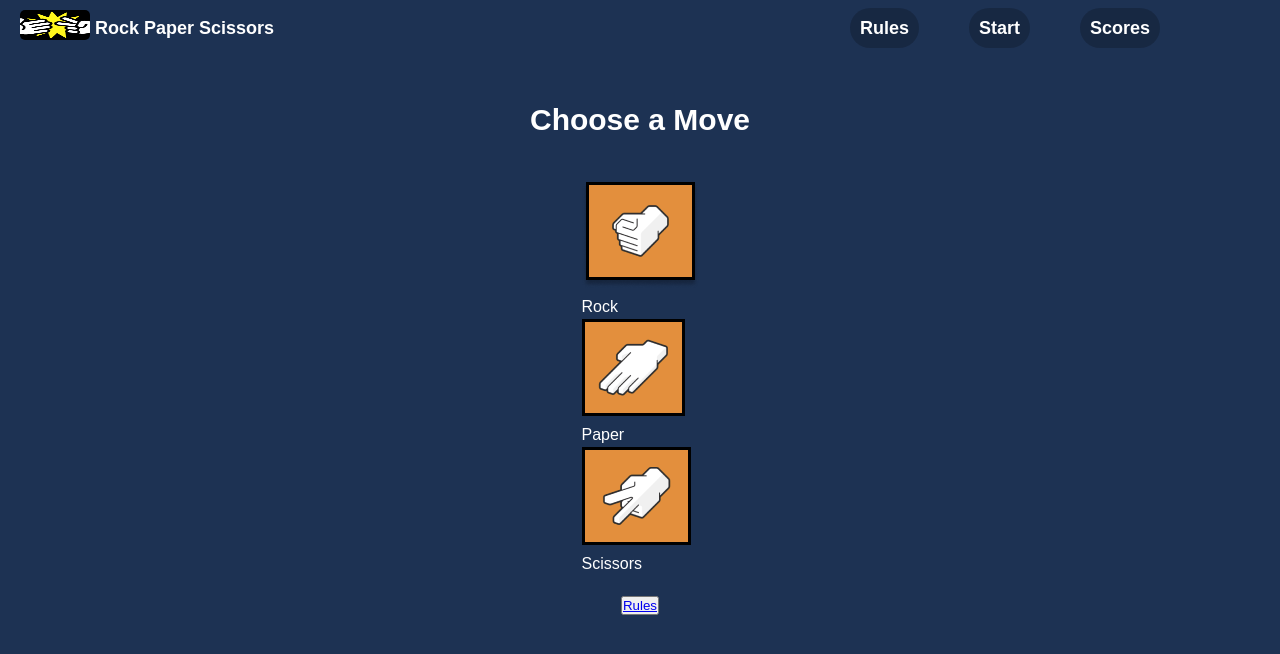
Repository: MikkyPrestige/rock-paper-scissors
Page: game.html
The author's editor kept a copy of each file at every save. The page is drawn from the files as they stood at one save, then again after the next save.
The browser window is 1280 px wide. The pictures show the whole page.

Above is the page before, as saved 2023-05-08 06:36:12.

### game.html
<!DOCTYPE html>
<html lang="en">

<head>
  <meta charset="UTF-8">
  <meta http-equiv="X-UA-Compatible" content="IE=edge">
  <meta name="viewport" content="width=device-width, initial-scale=1.0">
  <title>Rock, Paper, Scissors</title>
  <link rel="stylesheet" href="./index.css">
</head>

<body>
  <main>
    <header>
      <figure class="headerLogo">
        <a href="/">
          <img src="./img/logo.png" alt="Logo" class="logo">
        </a>
        <figcaption class="logoCaption">Rock Paper Scissors</figcaption>
      </figure>
      <nav>
        <ul>
          <li><a href="#rule">Rules</a></li>
          <li><a href="./game.html">Start</a></li>
          <li><a href="#">Scores</a></li>
        </ul>
      </nav>
    </header>
    <section class="game">
      <h1 class="game--title">Choose a Move</h1>
      <figure class="game--img">
        <img src="./img/rock.png" alt="Rock image">
        <figcaption>Rock</figcaption>
        <img src="./img/paper.png" alt="paper image">
        <figcaption>Paper</figcaption>
        <img src="./img/scissors.png" alt="scissors image">
        <figcaption>Scissors</figcaption>
      </figure>
      <button class="rule-btn">
        <a href="./index.html#rule">Rules</a>
      </button>
    </section>
  </main>
</body>

</html>

### index.css
*,
*::after,
*::before {
  box-sizing: border-box;
  margin: 0;
  padding: 0;
}

html {
  font-size: 62.5%;
}

body {
  font-family: "Fira Sans", sans-serif;
  font-size: 1.6rem;
  line-height: 1.5;
  background: rgba(29, 50, 83, 1);
  color: rgba(255, 255, 255, 1);
  width: 100%;
  height: 100%;
}

main {
  display: flex;
  flex-direction: column;
  justify-content: center;
  align-items: center;
  gap: 2rem;
  height: 100%;
  width: 100%;
}

header {
  display: flex;
  justify-content: space-between;
  align-items: center;
  padding: 1rem 2rem;
  width: 100%;
  height: auto;
}

.headerLogo {
  display: flex;
  align-items: center;
  gap: .5rem;
  height: auto;
}

.logo {
  width: 7rem;
  height: 3rem;
  border-radius: .5rem;
  -webkit-border-radius: .5rem;
  -moz-border-radius: .5rem;
  -ms-border-radius: .5rem;
  -o-border-radius: .5rem;
}

.logoCaption {
  font-size: 1.8rem;
  font-weight: 600;
  color: rgba(255, 255, 255, 1);
}

nav {
  height: auto;
  margin-right: 10rem;
}

ul {
  display: flex;
  justify-content: center;
  align-items: center;
  gap: 5rem;
  list-style: none;
}

li a {
  font-size: 1.8rem;
  font-weight: 600;
  color: rgba(255, 255, 255, 1);
  background: linear-gradient(0deg, rgba(0, 0, 0, 0.2), rgba(0, 0, 0, 0.2)), #1D3253;
  text-decoration: none;
  padding: 1rem;
  border-radius: 2rem;
}

li a:hover {
  background: rgba(255, 255, 255, 1);
  color: rgba(29, 50, 83, 1);
  text-decoration: underline;
}

.home {
  display: flex;
  justify-content: center;
  align-items: center;
  width: 100%;
  height: 70vh;
}

.images {
  position: relative;
  height: 100%;
  flex-basis: 30%;
}

.img {
  background: rgba(253, 253, 253, 0.9);
  border-radius: 50%;
  -webkit-border-radius: 50%;
  -moz-border-radius: 50%;
  -ms-border-radius: 50%;
  -o-border-radius: 50%;
  width: 15rem;
  height: 15rem;
}

.rock {
  position: absolute;
  top: 5rem;
  left: 0rem;
}

.paper {
  position: absolute;
  top: 5rem;
  right: 5rem;
}

.scissors {
  position: absolute;
  bottom: 5rem;
  left: 8rem;
}

.content {
  display: flex;
  flex-direction: column;
  justify-content: center;
  align-items: center;
  gap: 2rem;
}

.content--title {
  font-size: 3.6rem;
  font-weight: 600;
  width: 70%;
  text-transform: uppercase;
}

.content-rock {
  color: rgba(195, 183, 183, 1);
}

.content-scissors {
  color: rgba(233, 35, 35, 1);
}

.content--text {
  font-size: 2.5rem;
  font-weight: 400;
  width: 70%;
}

.fun {
  color: rgba(233, 35, 35, 1);
}

.btn {
  width: 13rem;
  height: 5rem;
  background: #2C7AF0;
  border-radius: 1rem;
  -webkit-border-radius: 1rem;
  -moz-border-radius: 1rem;
  -ms-border-radius: 1rem;
  -o-border-radius: 1rem;
  border: none;
  margin-top: 5rem;
  transition: all .3s ease-in-out;
  -webkit-transition: all .3s ease-in-out;
  -moz-transition: all .3s ease-in-out;
  -ms-transition: all .3s ease-in-out;
  -o-transition: all .3s ease-in-out;
}

.btn a {
  text-decoration: none;
  font-size: 2rem;
  color: rgba(255, 255, 255, 1);
  cursor: pointer;
}

.btn a:hover {
  color: rgba(44, 122, 240, 1);
}

.btn:hover {
  background: rgba(255, 255, 255, .7);
}

.rule {
  width: 100%;
  height: 100%;
  background: #D0CEC9;
}

.rule--container {
  display: flex;
  flex-direction: column;
  justify-content: center;
  align-items: center;
  gap: 1rem;
  margin: 2rem;
}

.rule--title {
  font-size: 3rem;
  font-weight: 600;
  color: #000;
}

.rule--content {
  display: flex;
  justify-content: space-around;
  align-items: center;
}

.rule--img {
  width: 35rem;
  height: 35rem;
}

.rule--para {
  background: #C4C4C4;
  width: 50%;
  text-align: center;
  padding: 2rem 5rem;
  border-radius: 3rem;
  -webkit-border-radius: 3rem;
  -moz-border-radius: 3rem;
  -ms-border-radius: 3rem;
  -o-border-radius: 3rem;
  display: flex;
  flex-direction: column;
  justify-content: center;
  align-items: center;
  gap: 1rem;
}

.rule--text {
  color: rgba(0, 163, 255, 1);
}

.game {
  display: flex;
  flex-direction: column;
  justify-content: center;
  align-items: center;
  gap: 2rem;
  width: 100%;
  height: 100%;
}

.game--title {
  font-size: 3rem;
  font-weight: 600;
  margin: 2rem;
}

footer {
  margin: 1rem auto;
}

.footer--text {
  font-family: "Inter";
}

.footer--link {
  color: rgba(44, 122, 240, 1);
  text-decoration: none;
}

After the next save:
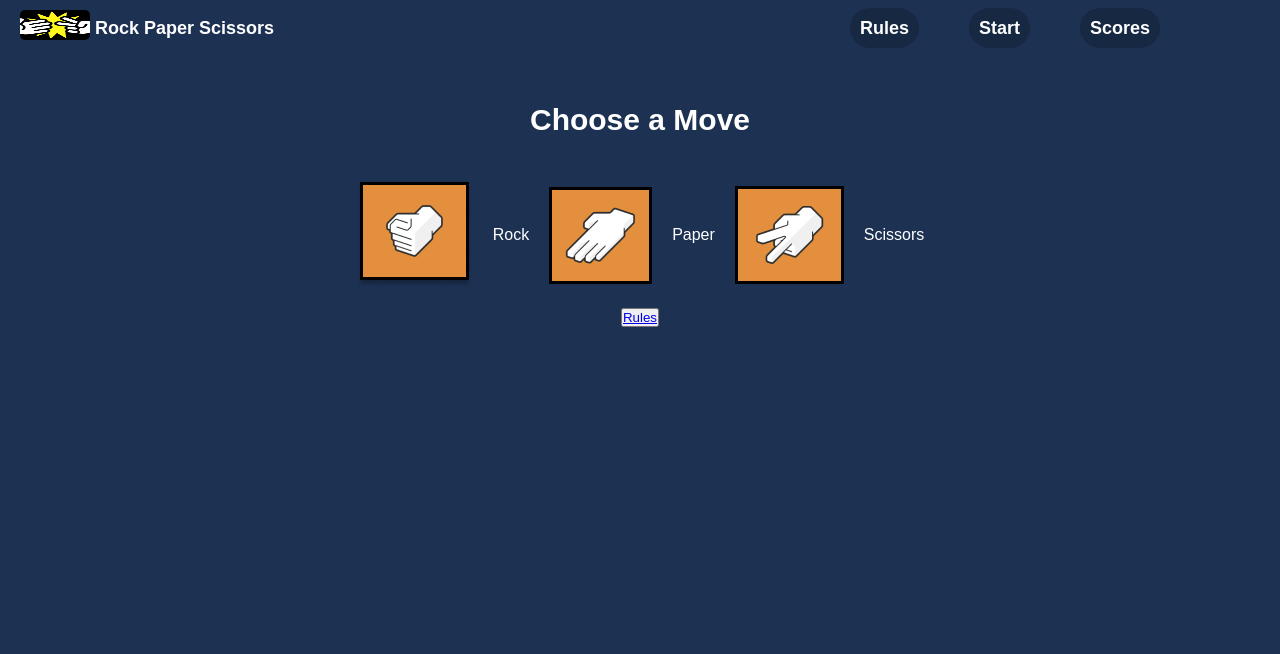
Saved 38 s later.
--- a/index.css
+++ b/index.css
@@ -269,6 +269,15 @@ li a:hover {
   margin: 2rem;
 }
 
+.game--img {
+  display: flex;
+  justify-content: center;
+  align-items: center;
+  gap: 2rem;
+  width: 100%;
+  height: 100%;
+}
+
 footer {
   margin: 1rem auto;
 }
